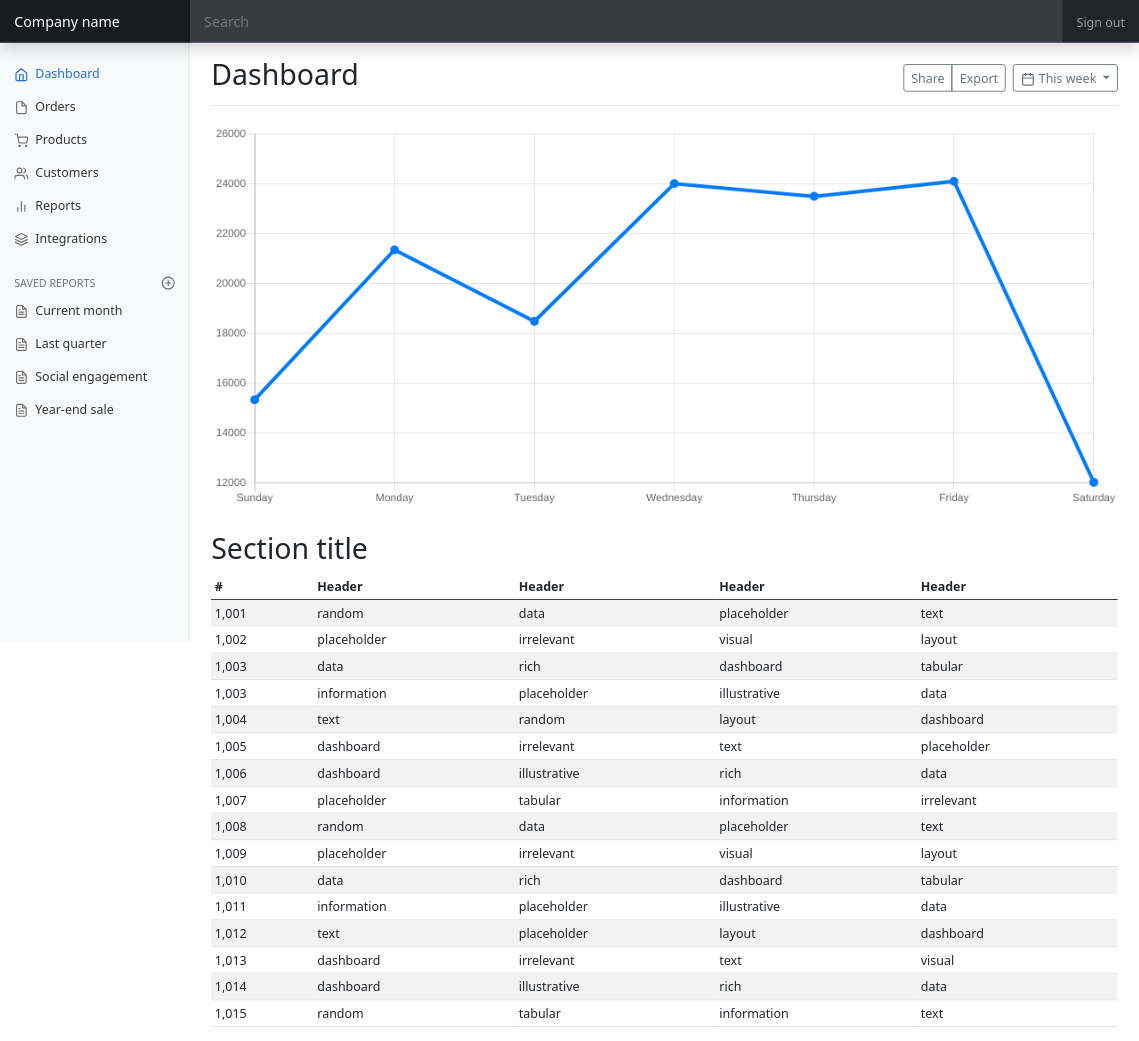
Repository: gustavo491/Dashboard
Page: http://localhost/login
The author's editor kept a copy of each file at every save. The page is drawn from the files as they stood at one save, then again after the next save.
The browser window is 1280 px wide. The pictures show the whole page, at 89% of full size.
The page is served by the project's Laravel application, run on PHP 8.4 with Laravel 8. Other server files are loaded and not shown.

Above is the page before, as saved 2021-07-07 16:41:30.

### routes/web.php
<?php

use Illuminate\Support\Facades\Route;
use App\Http\Controllers\AuthController;

/*
|--------------------------------------------------------------------------
| Web Routes
|--------------------------------------------------------------------------
|
| Here is where you can register web routes for your application. These
| routes are loaded by the RouteServiceProvider within a group which
| contains the "web" middleware group. Now create something great!
|
*/

Route::get('/', function () {
    return view('welcome');
});

Route::get('/login', [AuthController::class, 'login']);
Route::post('/sign', [AuthController::class, 'sign']);
//Router::post('/mydocuments/sign', 'Guest@signMyDocuments');
//Auth::routes();

Route::get('/home', [App\Http\Controllers\HomeController::class, 'index'])->name('home');

### app/Http/Controllers/AuthController.php
<?php

namespace App\Http\Controllers;

use Illuminate\Http\Request;

class AuthController extends Controller
{
    public function Login(){
        return view('admin/login');
    }

    public function sign(){
        $email = $_POST['email'];
        $password = $_POST['passsword'];

        exit;
        }
}

### resources/views/admin/login.blade.php
<!doctype html>
<html lang="pt-br">
  <head>
    <meta charset="utf-8">
    <meta name="viewport" content="width=device-width, initial-scale=1">
    <meta name="description" content="">
    <meta name="author" content="Mark Otto, Jacob Thornton, and Bootstrap contributors">
    <meta name="generator" content="Hugo 0.84.0">
    <title>Painel de Controle</title>

    <!-- Bootstrap core CSS -->
    <link href="{{ asset('css/bootstrap.min.css') }}" rel="stylesheet">

    <style>
      .bd-placeholder-img {
        font-size: 1.125rem;
        text-anchor: middle;
        -webkit-user-select: none;
        -moz-user-select: none;
        user-select: none;
      }

      @media (min-width: 768px) {
        .bd-placeholder-img-lg {
          font-size: 3.5rem;
        }
      }
    </style>

    <!-- Custom styles for this template -->
    <link href="{{ asset('css/dashboard.css') }}" rel="stylesheet">
  </head>
  <body>

<header class="navbar navbar-dark sticky-top bg-dark flex-md-nowrap p-0 shadow">
  <a class="navbar-brand col-md-3 col-lg-2 me-0 px-3" href="#">Company name</a>
  <button class="navbar-toggler position-absolute d-md-none collapsed" type="button" data-bs-toggle="collapse" data-bs-target="#sidebarMenu" aria-controls="sidebarMenu" aria-expanded="false" aria-label="Toggle navigation">
    <span class="navbar-toggler-icon"></span>
  </button>
  <input class="form-control form-control-dark w-100" type="text" placeholder="Search" aria-label="Search">
  <div class="navbar-nav">
    <div class="nav-item text-nowrap">
      <a class="nav-link px-3" href="#">Sign out</a>
    </div>
  </div>
</header>

<div class="container-fluid">
  <div class="row">
    <nav id="sidebarMenu" class="col-md-3 col-lg-2 d-md-block bg-light sidebar collapse">
      <div class="position-sticky pt-3">
        <ul class="nav flex-column">
          <li class="nav-item">
            <a class="nav-link active" aria-current="page" href="#">
              <span data-feather="home"></span>
              Dashboard
            </a>
          </li>
          <li class="nav-item">
            <a class="nav-link" href="#">
              <span data-feather="file"></span>
              Orders
            </a>
          </li>
          <li class="nav-item">
            <a class="nav-link" href="#">
              <span data-feather="shopping-cart"></span>
              Products
            </a>
          </li>
          <li class="nav-item">
            <a class="nav-link" href="#">
              <span data-feather="users"></span>
              Customers
            </a>
          </li>
          <li class="nav-item">
            <a class="nav-link" href="#">
              <span data-feather="bar-chart-2"></span>
              Reports
            </a>
          </li>
          <li class="nav-item">
            <a class="nav-link" href="#">
              <span data-feather="layers"></span>
              Integrations
            </a>
          </li>
        </ul>

        <h6 class="sidebar-heading d-flex justify-content-between align-items-center px-3 mt-4 mb-1 text-muted">
          <span>Saved reports</span>
          <a class="link-secondary" href="#" aria-label="Add a new report">
            <span data-feather="plus-circle"></span>
          </a>
        </h6>
        <ul class="nav flex-column mb-2">
          <li class="nav-item">
            <a class="nav-link" href="#">
              <span data-feather="file-text"></span>
              Current month
            </a>
          </li>
          <li class="nav-item">
            <a class="nav-link" href="#">
              <span data-feather="file-text"></span>
              Last quarter
            </a>
          </li>
          <li class="nav-item">
            <a class="nav-link" href="#">
              <span data-feather="file-text"></span>
              Social engagement
            </a>
          </li>
          <li class="nav-item">
            <a class="nav-link" href="#">
              <span data-feather="file-text"></span>
              Year-end sale
            </a>
          </li>
        </ul>
      </div>
    </nav>

    <main class="col-md-9 ms-sm-auto col-lg-10 px-md-4">
      <div class="d-flex justify-content-between flex-wrap flex-md-nowrap align-items-center pt-3 pb-2 mb-3 border-bottom">
        <h1 class="h2">Dashboard</h1>
        <div class="btn-toolbar mb-2 mb-md-0">
          <div class="btn-group me-2">
            <button type="button" class="btn btn-sm btn-outline-secondary">Share</button>
            <button type="button" class="btn btn-sm btn-outline-secondary">Export</button>
          </div>
          <button type="button" class="btn btn-sm btn-outline-secondary dropdown-toggle">
            <span data-feather="calendar"></span>
            This week
          </button>
        </div>
      </div>

      <canvas class="my-4 w-100" id="myChart" width="900" height="380"></canvas>

      <h2>Section title</h2>
      <div class="table-responsive">
        <table class="table table-striped table-sm">
          <thead>
            <tr>
              <th scope="col">#</th>
              <th scope="col">Header</th>
              <th scope="col">Header</th>
              <th scope="col">Header</th>
              <th scope="col">Header</th>
            </tr>
          </thead>
          <tbody>
            <tr>
              <td>1,001</td>
              <td>random</td>
              <td>data</td>
              <td>placeholder</td>
              <td>text</td>
            </tr>
            <tr>
              <td>1,002</td>
              <td>placeholder</td>
              <td>irrelevant</td>
              <td>visual</td>
              <td>layout</td>
            </tr>
            <tr>
              <td>1,003</td>
              <td>data</td>
              <td>rich</td>
              <td>dashboard</td>
              <td>tabular</td>
            </tr>
            <tr>
              <td>1,003</td>
              <td>information</td>
              <td>placeholder</td>
              <td>illustrative</td>
              <td>data</td>
            </tr>
            <tr>
              <td>1,004</td>
              <td>text</td>
              <td>random</td>
              <td>layout</td>
              <td>dashboard</td>
            </tr>
            <tr>
              <td>1,005</td>
              <td>dashboard</td>
              <td>irrelevant</td>
              <td>text</td>
              <td>placeholder</td>
            </tr>
            <tr>
              <td>1,006</td>
              <td>dashboard</td>
              <td>illustrative</td>
              <td>rich</td>
              <td>data</td>
            </tr>
            <tr>
              <td>1,007</td>
              <td>placeholder</td>
              <td>tabular</td>
              <td>information</td>
              <td>irrelevant</td>
            </tr>
            <tr>
              <td>1,008</td>
              <td>random</td>
              <td>data</td>
              <td>placeholder</td>
              <td>text</td>
            </tr>
            <tr>
              <td>1,009</td>
              <td>placeholder</td>
              <td>irrelevant</td>
              <td>visual</td>
              <td>layout</td>
            </tr>
            <tr>
              <td>1,010</td>
              <td>data</td>
              <td>rich</td>
              <td>dashboard</td>
              <td>tabular</td>
            </tr>
            <tr>
              <td>1,011</td>
              <td>information</td>
              <td>placeholder</td>
              <td>illustrative</td>
              <td>data</td>
            </tr>
            <tr>
              <td>1,012</td>
              <td>text</td>
              <td>placeholder</td>
              <td>layout</td>
              <td>dashboard</td>
            </tr>
            <tr>
              <td>1,013</td>
              <td>dashboard</td>
              <td>irrelevant</td>
              <td>text</td>
              <td>visual</td>
            </tr>
            <tr>
              <td>1,014</td>
              <td>dashboard</td>
              <td>illustrative</td>
              <td>rich</td>
              <td>data</td>
            </tr>
            <tr>
              <td>1,015</td>
              <td>random</td>
              <td>tabular</td>
              <td>information</td>
              <td>text</td>
            </tr>
          </tbody>
        </table>
      </div>
    </main>
  </div>
</div>


    <script src="{{ asset('js/bootstrap.bundle.min.js') }}"></script>

      <script src="https://cdn.jsdelivr.net/npm/feather-icons@4.28.0/dist/feather.min.js" integrity="sha384-uO3SXW5IuS1ZpFPKugNNWqTZRRglnUJK6UAZ/gxOX80nxEkN9NcGZTftn6RzhGWE" crossorigin="anonymous"></script>
      <script src="https://cdn.jsdelivr.net/npm/chart.js@2.9.4/dist/Chart.min.js" integrity="sha384-zNy6FEbO50N+Cg5wap8IKA4M/ZnLJgzc6w2NqACZaK0u0FXfOWRRJOnQtpZun8ha" crossorigin="anonymous"></script>
      <script src="{{ asset('js/dashboard.js') }}"></script>
  </body>
</html>

### public/css/dashboard.css
body {
  font-size: .875rem;
}

.feather {
  width: 16px;
  height: 16px;
  vertical-align: text-bottom;
}

/*
 * Sidebar
 */

.sidebar {
  position: fixed;
  top: 0;
  /* rtl:raw:
  right: 0;
  */
  bottom: 0;
  /* rtl:remove */
  left: 0;
  z-index: 100; /* Behind the navbar */
  padding: 48px 0 0; /* Height of navbar */
  box-shadow: inset -1px 0 0 rgba(0, 0, 0, .1);
}

@media (max-width: 767.98px) {
  .sidebar {
    top: 5rem;
  }
}

.sidebar-sticky {
  position: relative;
  top: 0;
  height: calc(100vh - 48px);
  padding-top: .5rem;
  overflow-x: hidden;
  overflow-y: auto; /* Scrollable contents if viewport is shorter than content. */
}

.sidebar .nav-link {
  font-weight: 500;
  color: #333;
}

.sidebar .nav-link .feather {
  margin-right: 4px;
  color: #727272;
}

.sidebar .nav-link.active {
  color: #2470dc;
}

.sidebar .nav-link:hover .feather,
.sidebar .nav-link.active .feather {
  color: inherit;
}

.sidebar-heading {
  font-size: .75rem;
  text-transform: uppercase;
}

/*
 * Navbar
 */

.navbar-brand {
  padding-top: .75rem;
  padding-bottom: .75rem;
  font-size: 1rem;
  background-color: rgba(0, 0, 0, .25);
  box-shadow: inset -1px 0 0 rgba(0, 0, 0, .25);
}

.navbar .navbar-toggler {
  top: .25rem;
  right: 1rem;
}

.navbar .form-control {
  padding: .75rem 1rem;
  border-width: 0;
  border-radius: 0;
}

.form-control-dark {
  color: #fff;
  background-color: rgba(255, 255, 255, .1);
  border-color: rgba(255, 255, 255, .1);
}

.form-control-dark:focus {
  border-color: transparent;
  box-shadow: 0 0 0 3px rgba(255, 255, 255, .25);
}

### resources/views/auth/login.blade.php
@extends('layouts.app')

@section('content')
<div class="container">
    <div class="row justify-content-center">
        <div class="col-md-8">
            <div class="card">
                <div class="card-header">{{ __('auth.login') }}</div>

                <div class="card-body">
                    <form method="POST" action="{{ route('login') }}">
                        @csrf

                        <div class="form-group row">
                            <label for="email" class="col-md-4 col-form-label text-md-right">{{ __('E-Mail Address') }}</label>

                            <div class="col-md-6">
                                <input id="email" type="email" class="form-control @error('email') is-invalid @enderror" name="email" value="{{ old('email') }}" required autocomplete="email" autofocus>

                                @error('email')
                                    <span class="invalid-feedback" role="alert">
                                        <strong>{{ $message }}</strong>
                                    </span>
                                @enderror
                            </div>
                        </div>

                        <div class="form-group row">
                            <label for="password" class="col-md-4 col-form-label text-md-right">{{ __('Password') }}</label>

                            <div class="col-md-6">
                                <input id="password" type="password" class="form-control @error('password') is-invalid @enderror" name="password" required autocomplete="current-password">

                                @error('password')
                                    <span class="invalid-feedback" role="alert">
                                        <strong>{{ $message }}</strong>
                                    </span>
                                @enderror
                            </div>
                        </div>

                        <div class="form-group row">
                            <div class="col-md-6 offset-md-4">
                                <div class="form-check">
                                    <input class="form-check-input" type="checkbox" name="remember" id="remember" {{ old('remember') ? 'checked' : '' }}>

                                    <label class="form-check-label" for="remember">
                                        {{ __('Remember Me') }}
                                    </label>
                                </div>
                            </div>
                        </div>

                        <div class="form-group row mb-0">
                            <div class="col-md-8 offset-md-4">
                                <button type="submit" class="btn btn-primary">
                                    {{ __('auth.login') }}
                                </button>

                                @if (Route::has('password.request'))
                                    <a class="btn btn-link" href="{{ route('password.request') }}">
                                        {{ __('Forgot Your Password?') }}
                                    </a>
                                @endif
                            </div>
                        </div>
                    </form>
                </div>
            </div>
        </div>
    </div>
</div>
@endsection

### resources/lang/en/auth.php
<?php

return [

    /*
    |--------------------------------------------------------------------------
    | Authentication Language Lines
    |--------------------------------------------------------------------------
    |
    | The following language lines are used during authentication for various
    | messages that we need to display to the user. You are free to modify
    | these language lines according to your application's requirements.
    |
    */

    'failed' => 'These credentials do not match our records.',
    'password' => 'The provided password is incorrect.',
    'throttle' => 'Too many login attempts. Please try again in :seconds seconds.',
    'login' => 'Login'
];

Loaded but not shown: app/Http/Controllers/Controller.php (common file); public/css/bootstrap.min.css (library); public/js/bootstrap.bundle.min.js (library); app/Http/Controllers/Auth/ConfirmPasswordController.php (common file); app/Http/Controllers/Auth/LoginController.php (common file); public/css/app.css (library); public/js/dashboard.js (53 lines, source omitted); resources/views/layouts/app.blade.php (83 lines, source omitted)

After the next save:
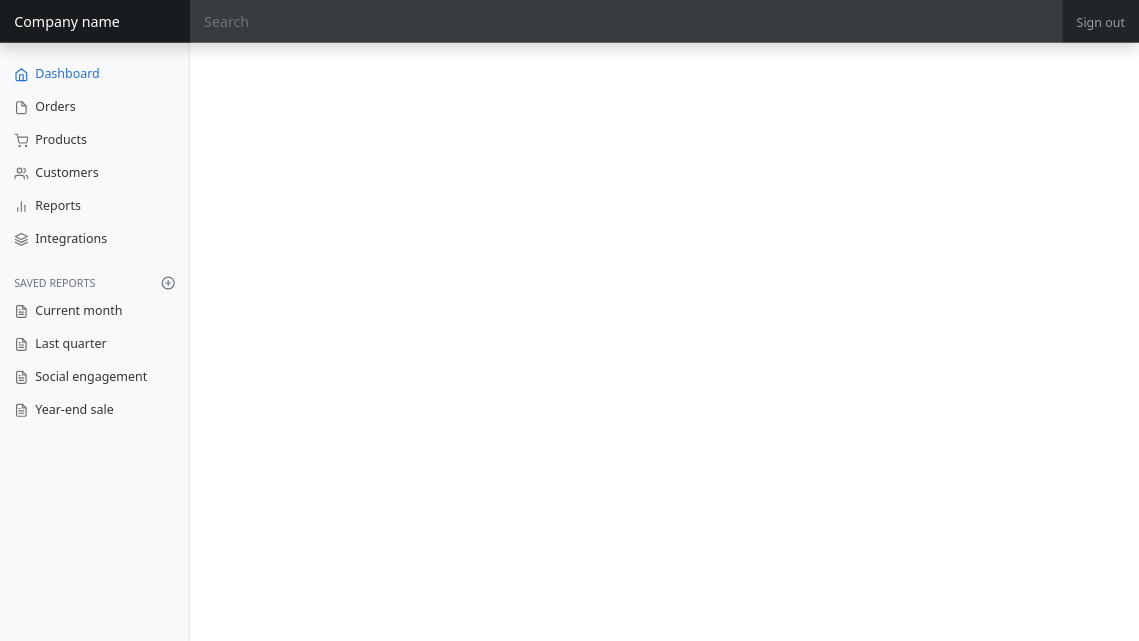
Console error: TypeError: Cannot read properties of null (reading 'length')
Saved 30 s later.
--- a/resources/views/admin/login.blade.php
+++ b/resources/views/admin/login.blade.php
@@ -124,150 +124,7 @@
     </nav>
 
     <main class="col-md-9 ms-sm-auto col-lg-10 px-md-4">
-      <div class="d-flex justify-content-between flex-wrap flex-md-nowrap align-items-center pt-3 pb-2 mb-3 border-bottom">
-        <h1 class="h2">Dashboard</h1>
-        <div class="btn-toolbar mb-2 mb-md-0">
-          <div class="btn-group me-2">
-            <button type="button" class="btn btn-sm btn-outline-secondary">Share</button>
-            <button type="button" class="btn btn-sm btn-outline-secondary">Export</button>
-          </div>
-          <button type="button" class="btn btn-sm btn-outline-secondary dropdown-toggle">
-            <span data-feather="calendar"></span>
-            This week
-          </button>
-        </div>
-      </div>
 
-      <canvas class="my-4 w-100" id="myChart" width="900" height="380"></canvas>
-
-      <h2>Section title</h2>
-      <div class="table-responsive">
-        <table class="table table-striped table-sm">
-          <thead>
-            <tr>
-              <th scope="col">#</th>
-              <th scope="col">Header</th>
-              <th scope="col">Header</th>
-              <th scope="col">Header</th>
-              <th scope="col">Header</th>
-            </tr>
-          </thead>
-          <tbody>
-            <tr>
-              <td>1,001</td>
-              <td>random</td>
-              <td>data</td>
-              <td>placeholder</td>
-              <td>text</td>
-            </tr>
-            <tr>
-              <td>1,002</td>
-              <td>placeholder</td>
-              <td>irrelevant</td>
-              <td>visual</td>
-              <td>layout</td>
-            </tr>
-            <tr>
-              <td>1,003</td>
-              <td>data</td>
-              <td>rich</td>
-              <td>dashboard</td>
-              <td>tabular</td>
-            </tr>
-            <tr>
-              <td>1,003</td>
-              <td>information</td>
-              <td>placeholder</td>
-              <td>illustrative</td>
-              <td>data</td>
-            </tr>
-            <tr>
-              <td>1,004</td>
-              <td>text</td>
-              <td>random</td>
-              <td>layout</td>
-              <td>dashboard</td>
-            </tr>
-            <tr>
-              <td>1,005</td>
-              <td>dashboard</td>
-              <td>irrelevant</td>
-              <td>text</td>
-              <td>placeholder</td>
-            </tr>
-            <tr>
-              <td>1,006</td>
-              <td>dashboard</td>
-              <td>illustrative</td>
-              <td>rich</td>
-              <td>data</td>
-            </tr>
-            <tr>
-              <td>1,007</td>
-              <td>placeholder</td>
-              <td>tabular</td>
-              <td>information</td>
-              <td>irrelevant</td>
-            </tr>
-            <tr>
-              <td>1,008</td>
-              <td>random</td>
-              <td>data</td>
-              <td>placeholder</td>
-              <td>text</td>
-            </tr>
-            <tr>
-              <td>1,009</td>
-              <td>placeholder</td>
-              <td>irrelevant</td>
-              <td>visual</td>
-              <td>layout</td>
-            </tr>
-            <tr>
-              <td>1,010</td>
-              <td>data</td>
-              <td>rich</td>
-              <td>dashboard</td>
-              <td>tabular</td>
-            </tr>
-            <tr>
-              <td>1,011</td>
-              <td>information</td>
-              <td>placeholder</td>
-              <td>illustrative</td>
-              <td>data</td>
-            </tr>
-            <tr>
-              <td>1,012</td>
-              <td>text</td>
-              <td>placeholder</td>
-              <td>layout</td>
-              <td>dashboard</td>
-            </tr>
-            <tr>
-              <td>1,013</td>
-              <td>dashboard</td>
-              <td>irrelevant</td>
-              <td>text</td>
-              <td>visual</td>
-            </tr>
-            <tr>
-              <td>1,014</td>
-              <td>dashboard</td>
-              <td>illustrative</td>
-              <td>rich</td>
-              <td>data</td>
-            </tr>
-            <tr>
-              <td>1,015</td>
-              <td>random</td>
-              <td>tabular</td>
-              <td>information</td>
-              <td>text</td>
-            </tr>
-          </tbody>
-        </table>
-      </div>
     </main>
   </div>
 </div>

After the 2 saves that followed:
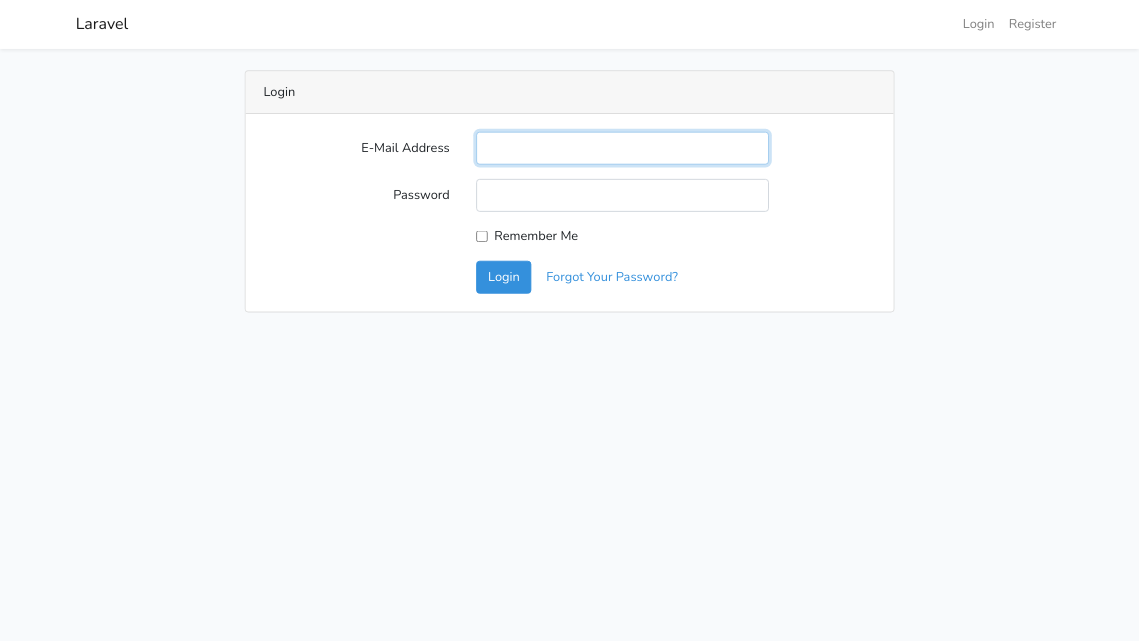
The error is gone.
The 2 saves are shown as one change because 1 left the picture as it was.
The last was saved 2 min 53 s later.
--- a/routes/web.php
+++ b/routes/web.php
@@ -18,9 +18,9 @@ Route::get('/', function () {
     return view('welcome');
 });
 
-Route::get('/login', [AuthController::class, 'login']);
-Route::post('/sign', [AuthController::class, 'sign']);
+//Route::get('/login', [AuthController::class, 'login']);
+//Route::post('/sign', [AuthController::class, 'sign']);
 //Router::post('/mydocuments/sign', 'Guest@signMyDocuments');
-//Auth::routes();
+Auth::routes();
 
 Route::get('/home', [App\Http\Controllers\HomeController::class, 'index'])->name('home');
--- a/resources/views/admin/login.blade.php
+++ b/resources/views/admin/login.blade.php
@@ -124,7 +124,7 @@
     </nav>
 
     <main class="col-md-9 ms-sm-auto col-lg-10 px-md-4">
-
+      @yield('content')
     </main>
   </div>
 </div>
